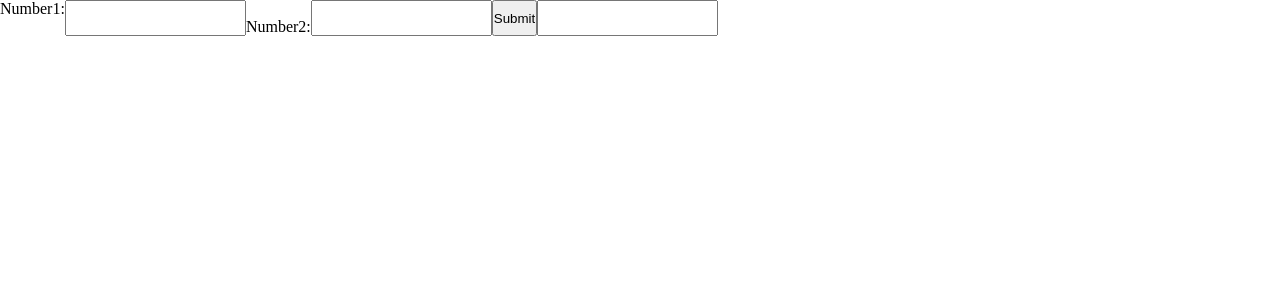
Repository: Nanda-Hari-Reddy/YouTube-Clone
Page: http://localhost/Demo/
The author's editor kept a copy of each file at every save. The page is drawn from the files as they stood at one save, then again after the next save.
The browser window is 1280 px wide. The pictures show the whole page.
The page is served by Tomcat 9. Other server files are loaded and not shown.

Above is the page before, as saved 2023-11-01 05:25:39.

### MDB-Free_4.20.0/SERVELETS/Demo/src/main/webapp/index.jsp
<html>
<head>
	<style>
		*
		{
			margin: 0px;
			box-sizing: border-box;
			padding: 0px;
		}
			form
			{
				margin-bottom: 10px;
				display: flex;
				flex-direction:column
				place-content:center;
			}
	</style>
<body>
<form action="add">
	Number1: <input type="text" name="one"><br>
	Number2: <input type="text" name="two"><br>
	<input type="submit">
	<input type="text" name="result">
</form>

</body>
</head>
</html>

After the next save:
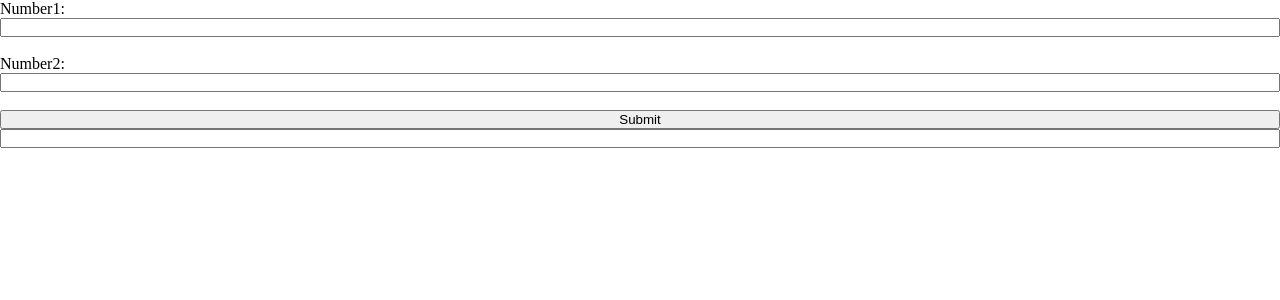
Saved 1 s later.
--- a/MDB-Free_4.20.0/SERVELETS/Demo/src/main/webapp/index.jsp
+++ b/MDB-Free_4.20.0/SERVELETS/Demo/src/main/webapp/index.jsp
@@ -11,7 +11,7 @@
 			{
 				margin-bottom: 10px;
 				display: flex;
-				flex-direction:column
+				flex-direction:column;
 				place-content:center;
 			}
 	</style>
